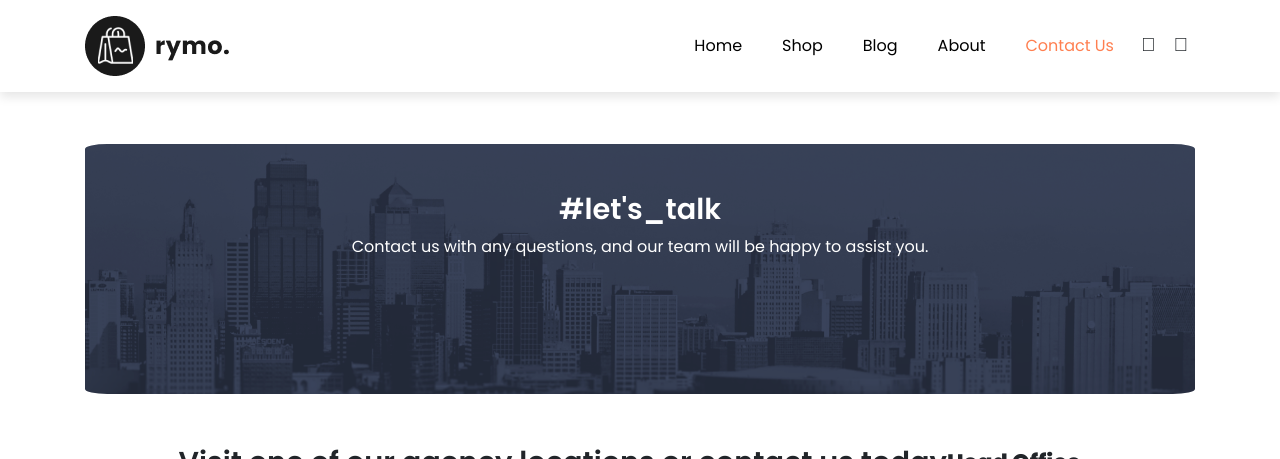
Repository: peter417waweru/e-commerce-UI
Page: contact.html
The author's editor kept a copy of each file at every save. The page is drawn from the files as they stood at one save, then again after the next save.
The browser window is 1280 px wide. The pictures show the part of the page from y = 0 to 459 px (the page is 1453 px tall before and 1440 px after).
Pictures or frames that could not be fetched are drawn as grey boxes. Some web libraries are served in a nearby version.

Above is the page before, as saved 2025-02-09 22:49:27.
Console error: TypeError: Cannot set properties of undefined (setting 'onclick')

After the next save:
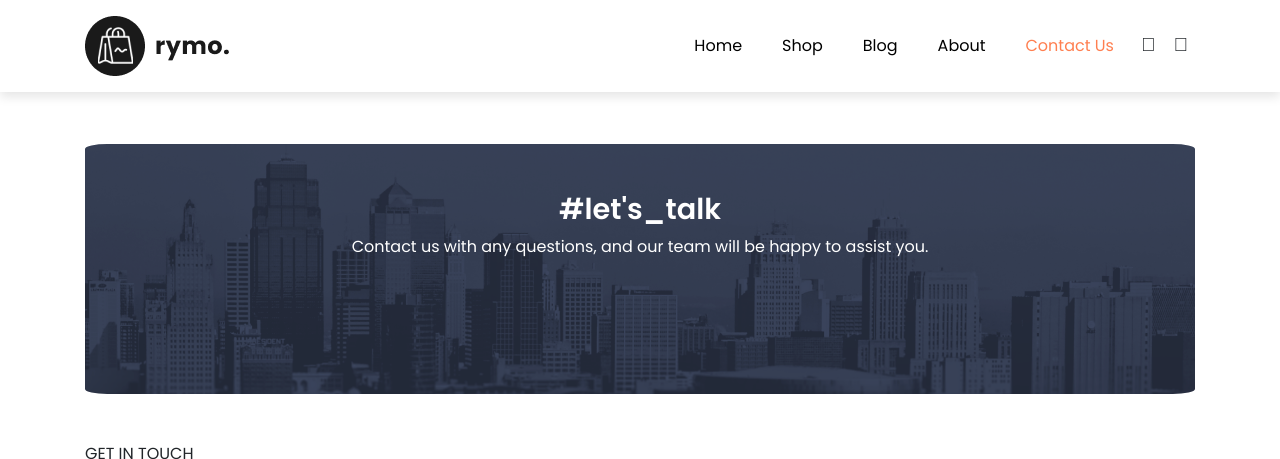
Saved 72 s later.
--- a/contact.html
+++ b/contact.html
@@ -62,10 +62,11 @@
 
         <section id="contact-details" class="container mt-5">
             <div class="row d-flex align-items-center gap-4">
-                <span>GET IN TOUCH</span><br><br>
-                <h2>Visit one of our agency locations or contact us today</h2>
-                <h3>Head Office</h3>
+
                 <div class="col-lg-6 col-md-6 col-12">
+                    <span>GET IN TOUCH</span>
+                    <h2>Visit one of our agency locations or contact us today</h2>
+                    <h3>Head Office</h3>
                     <li>
                         <i class="fal fa-map"></i>
                         <p>Kiki.moto Collection Shop C59
